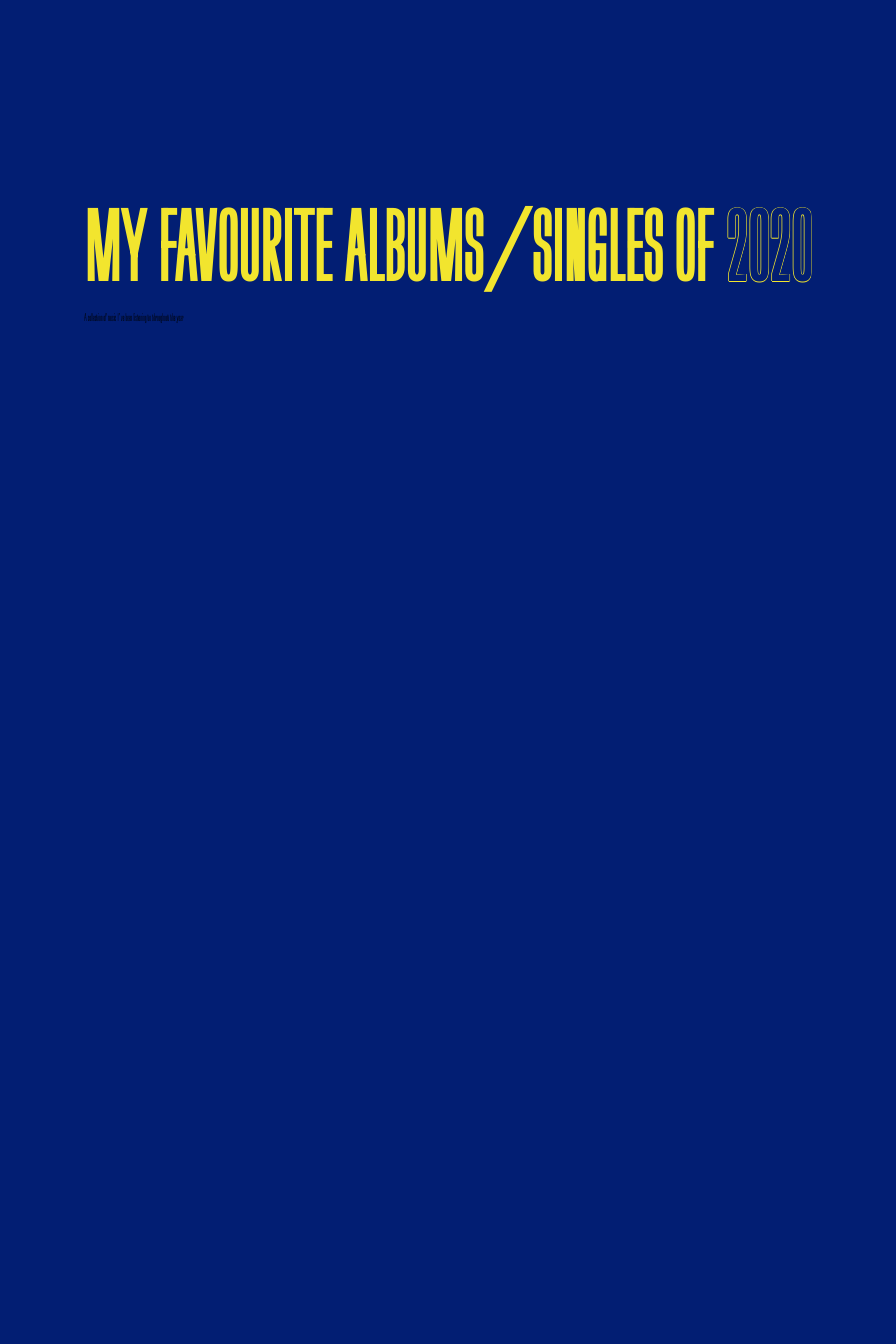
Repository: Spreceriany/musicly2020
Page: /
An editor plug-in stored every save of this project. The page is shown before and after the next save, followed by the edit.
The browser window is 1280 px wide. The pictures show the part of the page from y = 0 to 1920 px (the page is 9156 px tall), at 70% of full size.
Some web libraries are served in a nearby version. The project was rebuilt for these pictures with package versions that can differ from the ones it lists, and the page was loaded fresh each time.

Above is the page before, as saved 2021-01-26 14:53:04.
Console error: ReferenceError: Blazy is not defined

After the next save:
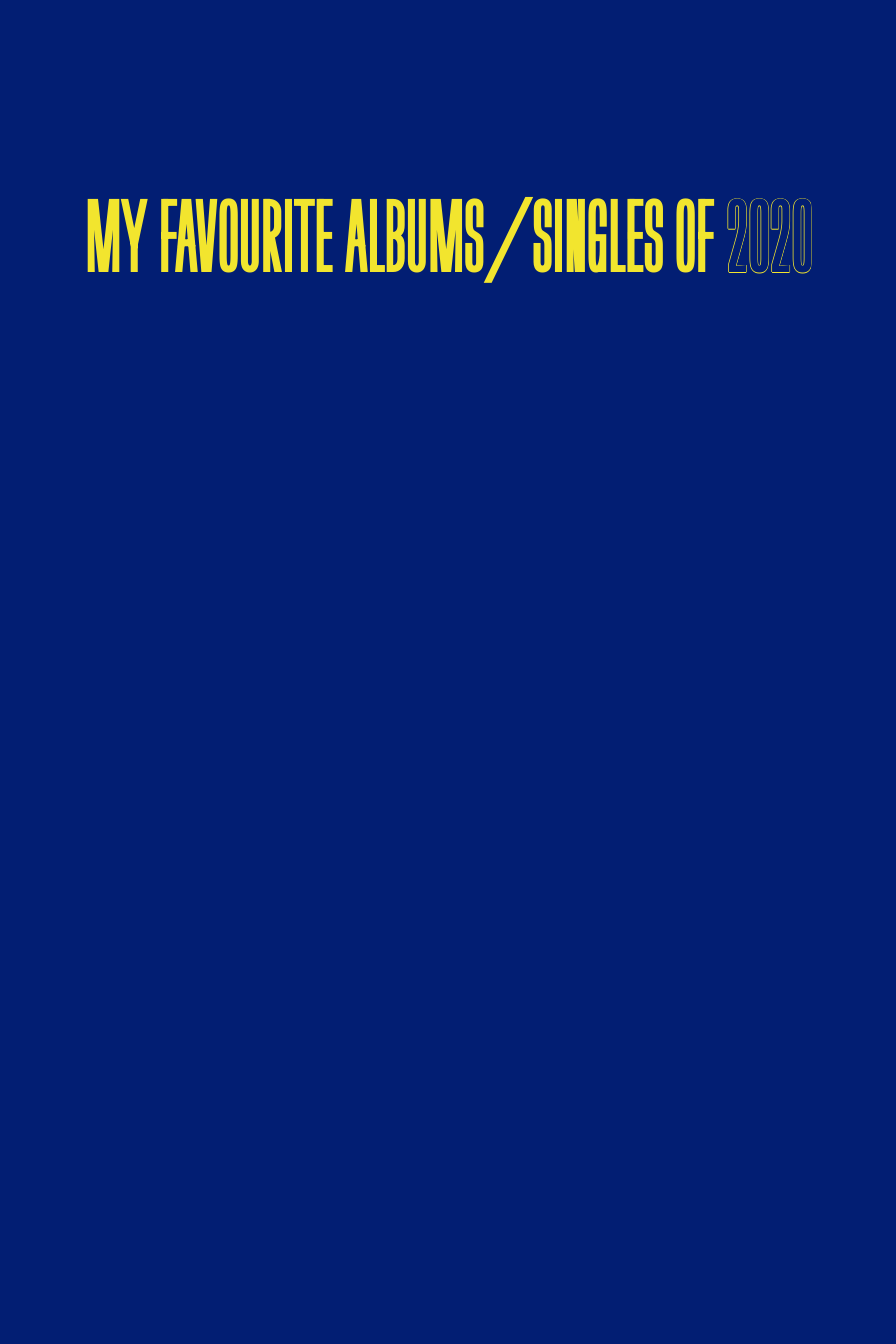
Saved 77 s later.
--- a/index.html
+++ b/index.html
@@ -27,9 +27,9 @@
     <h3 id="title">
       My favourite albums/singles of <span class="year">2020</span>
     </h3>
-    <p id="title-desc">
+    <h4 id="title-desc">
       A collection of music I've been listening to throughout the year
-    </p>
+    </h4>
   </div>
 
   <div class="grid-layout">
